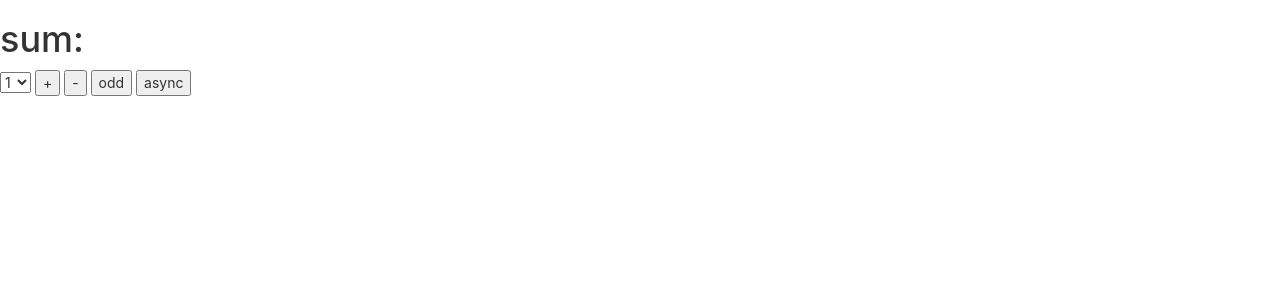
Repository: Shanshan67/React_a
Page: /
These files come from the project's save history. The page is drawn as it stood at one moment and after the next save; the edit follows.
The browser window is 1280 px wide. The pictures show the whole page.
The project was rebuilt for these pictures with package versions that can differ from the ones it lists, and the page was loaded fresh each time.

Above is the page before, as saved 2022-12-08 21:32:22.

### public/index.html
<!DOCTYPE html>
<html lang="en">
  <head>
    <meta charset="utf-8" />
    <link rel="icon" href="%PUBLIC_URL%/favicon.ico" />
    <meta name="viewport" content="width=device-width, initial-scale=1" />
    <meta name="theme-color" content="#000000" />
    <meta
      name="description"
      content="Web site created using create-react-app"
    />
    <link rel="apple-touch-icon" href="%PUBLIC_URL%/logo192.png" />
    <!--
      manifest.json provides metadata used when your web app is installed on a
      user's mobile device or desktop. See https://developers.google.com/web/fundamentals/web-app-manifest/
    -->
    <link rel="manifest" href="%PUBLIC_URL%/manifest.json" />
    <link rel="stylesheet" href="/css/bootstrap.css" />
    <!--
      Notice the use of %PUBLIC_URL% in the tags above.
      It will be replaced with the URL of the `public` folder during the build.
      Only files inside the `public` folder can be referenced from the HTML.

      Unlike "/favicon.ico" or "favicon.ico", "%PUBLIC_URL%/favicon.ico" will
      work correctly both with client-side routing and a non-root public URL.
      Learn how to configure a non-root public URL by running `npm run build`.
    -->
    <title>React App</title>
  </head>
  <body>
    <noscript>You need to enable JavaScript to run this app.</noscript>
    <div id="root"></div>
    <!--
      This HTML file is a template.
      If you open it directly in the browser, you will see an empty page.

      You can add webfonts, meta tags, or analytics to this file.
      The build step will place the bundled scripts into the <body> tag.

      To begin the development, run `npm start` or `yarn start`.
      To create a production bundle, use `npm run build` or `yarn build`.
    -->
  </body>
</html>

### src/App.jsx
import React, { Component } from 'react'
import Count from './components/Count'

export default class App extends Component {
  render() {
    return (
      <div>
        <Count/>
      </div>
    )
  }
}

### src/components/Count/index.jsx
import React, { Component } from 'react'

export default class Count extends Component {
    state = {count:0}
    increment = () => {
        const {value} = this.selectNumber
        const {count} = this.state
        this.setState({ count:count + value*1  });
    };
    decrement = () => {
        const {value} = this.selectNumber
        const {count} = this.state
        this.setState({ count:count - value*1  });
    };
    incrementIfOdd = () => {
        const {value} = this.selectNumber
        const {count} = this.state
        if(count%2!==0){
        this.setState({ count:count + value*1  })}
    };
    incrementAsync = () => {
        const {value} = this.selectNumber
        const {count} = this.state
        setTimeout(() => {
            this.setState({ count:count + value*1  })
        },500)
    };

    render() {
    return (
        <div>
            <h1>sum:</h1>
            <select ref={c=>this.selectNumber=c}>
                <option value="1">1</option>
                <option value="2">2</option>
                <option value="3">3</option>
            </select>&nbsp;
            <button onClick={this.increment} >+</button>&nbsp;
            <button onClick={this.decrement} >-</button>&nbsp;
            <button onClick={this.incrementIfOdd} >odd</button>&nbsp;
            <button onClick={this.incrementAsync} >async</button>&nbsp;
        </div>
    )
    }
}

Loaded but not shown: src/index.js (common file); src/index.css (common file); src/reportWebVitals.js (common file); public/css/bootstrap.css (library)

After the next save:
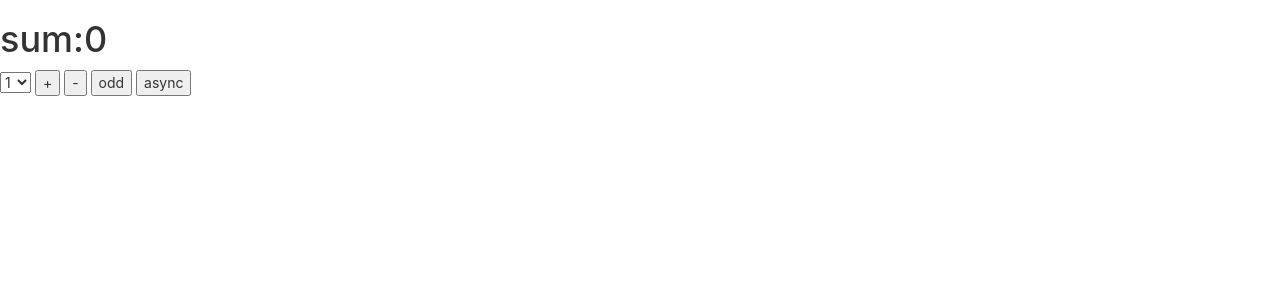
Saved 61 s later.
--- a/src/components/Count/index.jsx
+++ b/src/components/Count/index.jsx
@@ -29,7 +29,7 @@ export default class Count extends Component {
     render() {
     return (
         <div>
-            <h1>sum:</h1>
+            <h1>sum:{this.state.count} </h1>
             <select ref={c=>this.selectNumber=c}>
                 <option value="1">1</option>
                 <option value="2">2</option>
